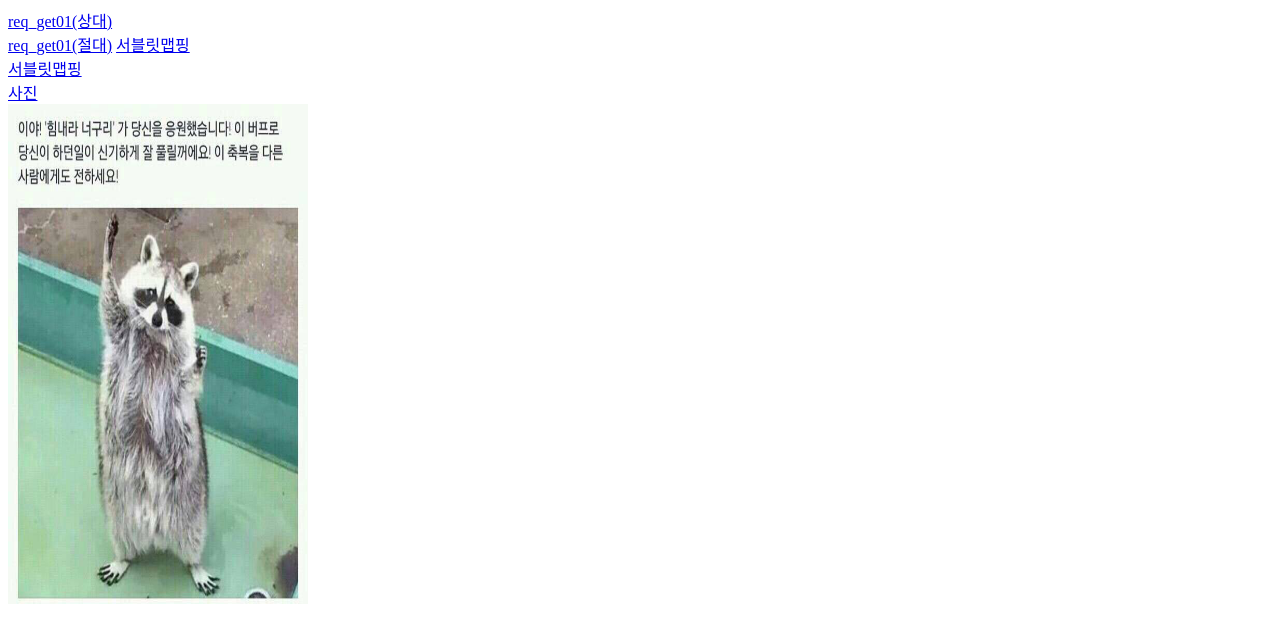
Repository: sun2898/JSP
Page: http://localhost/JSPBasic/path/test/path_quiz.jsp
The author's editor kept a copy of each file at every save. The page is drawn from the files as they stood at one save, then again after the next save.
The browser window is 1280 px wide. The pictures show the whole page.
The page is served by Tomcat 9. Other server files are loaded and not shown.

Above is the page before, as saved 2023-06-02 08:28:09.

### JSPBasic/src/main/webapp/path/test/path_quiz.jsp
<%@ page language="java" contentType="text/html; charset=UTF-8"
    pageEncoding="UTF-8"%>
<!DOCTYPE html>
<html>
<head>
<meta charset="UTF-8">
<title>Insert title here</title>
</head>
<body>
	<!-- a태그를 사용해서 req_get01페이지로 상대경로 -->
	<a href="../../request/req_get01.jsp">req_get01(상대)</a>
	<br/>

	<!-- a태그를 사용해서 req_get01페이지로 절대경로(맵핑 경로를 확인) -->
	<a href="/JSPBasic/request/req_get01.jsp">req_get01(절대)</a>

	<!-- a태그를 사용해서 DemoServlet으로 상대경로 -->
	<a href="../../banana">서블릿맵핑</a><br/>
	<!-- a태그를 사용해서 DemoServlet으로 절대경로 -->
	<a href="/JSPBasic/banana">서블릿맵핑</a><br/>
	<!-- jsptag폴더 밑에 있는 이미지를 띄운다. (img태그로) -->
	<a href="../../jsptag/364.jpg">사진</a><br/>
	<img src="../../jsptag/364.jpg" width="300" height="500">

</body>
</html>

After the next save:
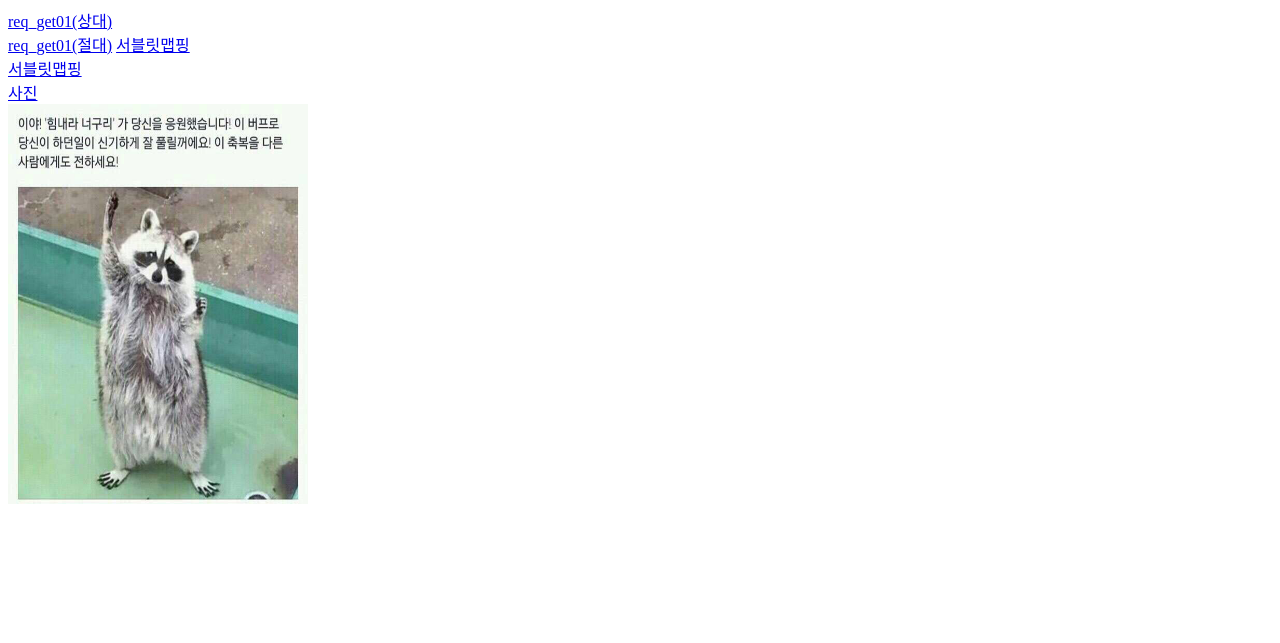
Saved 8 s later.
--- a/JSPBasic/src/main/webapp/path/test/path_quiz.jsp
+++ b/JSPBasic/src/main/webapp/path/test/path_quiz.jsp
@@ -20,7 +20,7 @@
 	<a href="/JSPBasic/banana">서블릿맵핑</a><br/>
 	<!-- jsptag폴더 밑에 있는 이미지를 띄운다. (img태그로) -->
 	<a href="../../jsptag/364.jpg">사진</a><br/>
-	<img src="../../jsptag/364.jpg" width="300" height="500">
+	<img src="../../jsptag/364.jpg" width="300" height="400">
 
 </body>
 </html>
